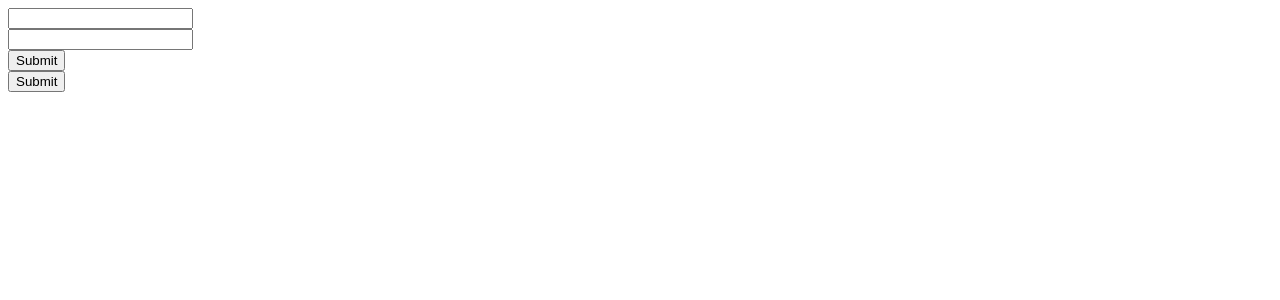
Repository: pprimozz/Java-EE
Page: http://localhost/bootjpa/home.jsp
The author's editor kept a copy of each file at every save. The page is drawn from the files as they stood at one save, then again after the next save.
The browser window is 1280 px wide. The pictures show the whole page.
The page is served by Tomcat 9. Other server files are loaded and not shown.

Above is the page before, as saved 2018-11-26 20:35:14.

### Java Frameworks/Springboot/bootjpa/src/main/webapp/home.jsp
<%@ page language="java" contentType="text/html; charset=ISO-8859-1"
    pageEncoding="ISO-8859-1"%>
<!DOCTYPE html>
<html>
<head>
<meta charset="ISO-8859-1">
<title>Insert title here</title>
</head>
<body>

		<form action="addAlien">
			<input type="text" name="aid"><br>
			<input type="text" name="aname"><br>
			<input type="submit"><br>

		</form>

		<form action="getAlien">
			<input type="submit"><br>
		</form>

</body>
</html>

After the next save:
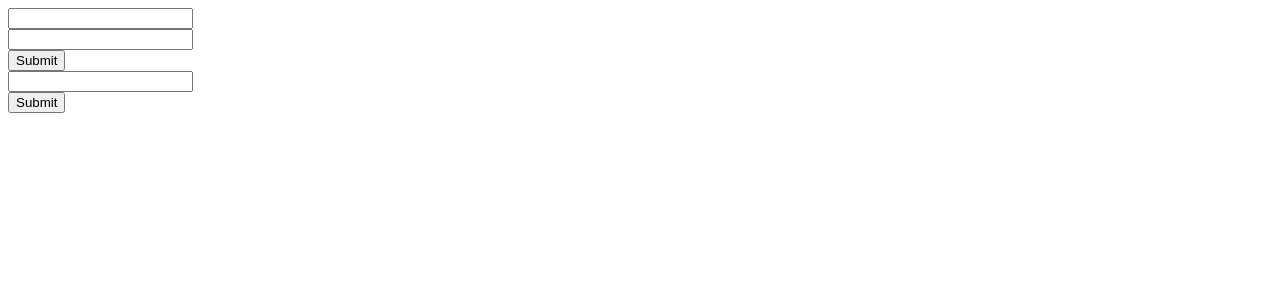
Saved 29 s later.
--- a/Java Frameworks/Springboot/bootjpa/src/main/webapp/home.jsp
+++ b/Java Frameworks/Springboot/bootjpa/src/main/webapp/home.jsp
@@ -16,6 +16,7 @@
 		</form>
 
 		<form action="getAlien">
+			<input type="text" name="aid"><br>
 			<input type="submit"><br>
 		</form>
 
